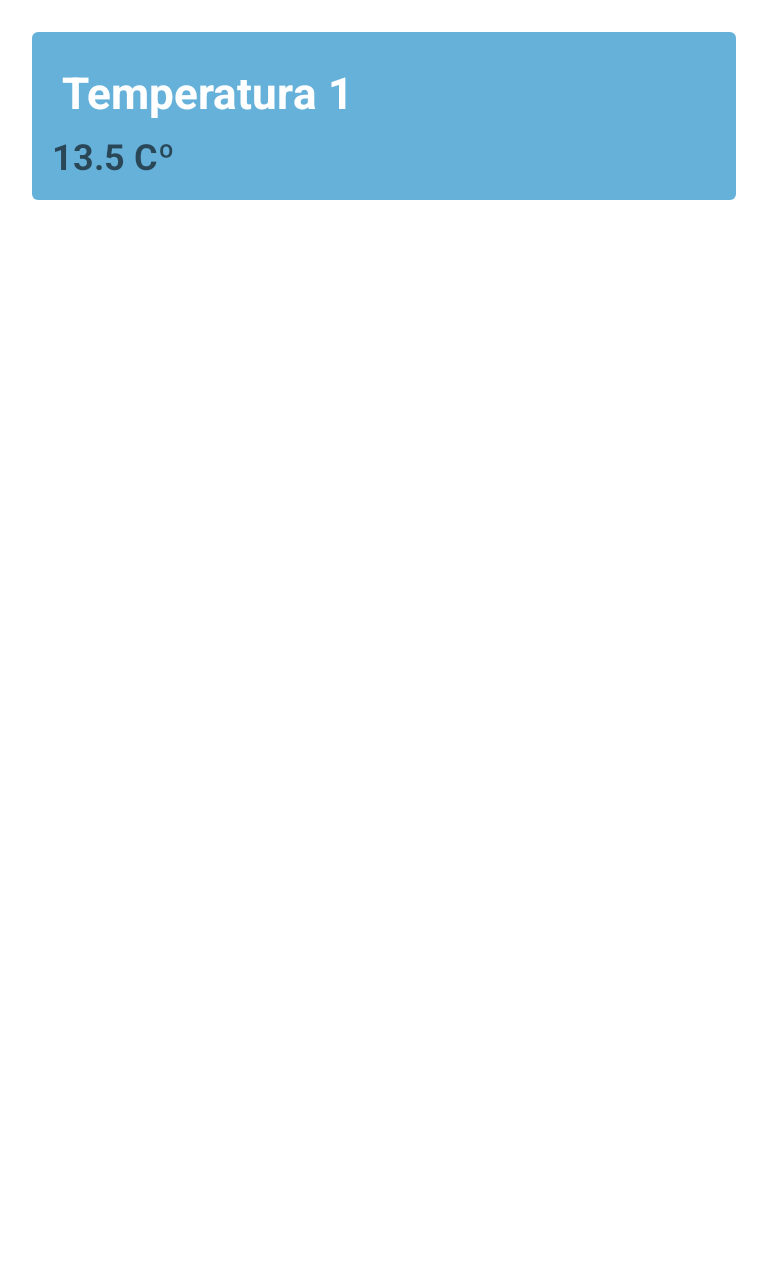
Repository: arodriguezp2003/aqandroid
Layout: Aquacontrol/res/layout/activity_main.xml
An editor plug-in stored every save of this project. The layout is shown before and after the next save, followed by the edit.
It is drawn on a 768 x 1280 px phone screen (xhdpi) without system bars, with theme AppTheme; the app's code is not run.

Above is the layout before, as saved 2014-06-11 19:12:12.

After the next save:
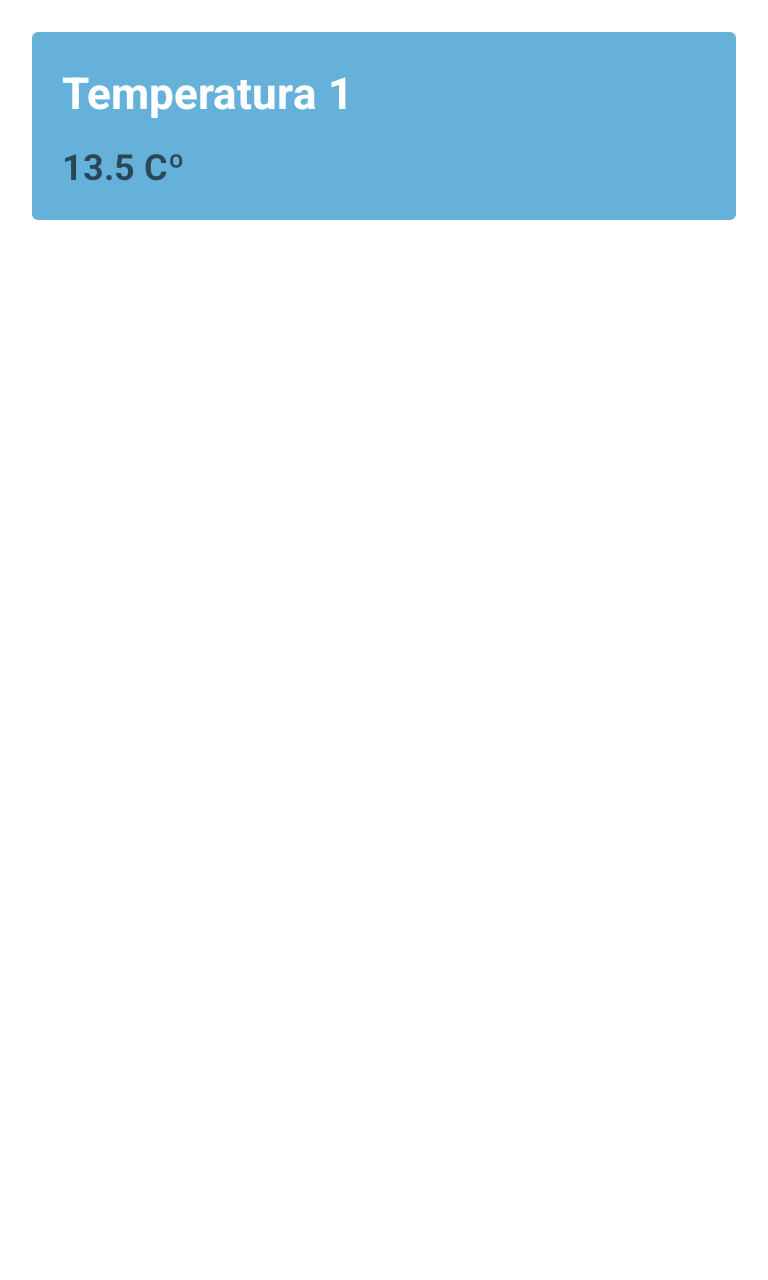
Saved 25 s later.
--- a/Aquacontrol/res/layout/activity_main.xml
+++ b/Aquacontrol/res/layout/activity_main.xml
@@ -33,6 +33,7 @@
             android:id="@+id/xTexto"
             android:layout_width="match_parent"
             android:layout_height="wrap_content"
+            android:padding="5dp"
             android:text="13.5 Cº"
             android:textAppearance="?android:attr/textAppearanceMedium"
             android:textStyle="bold" >
